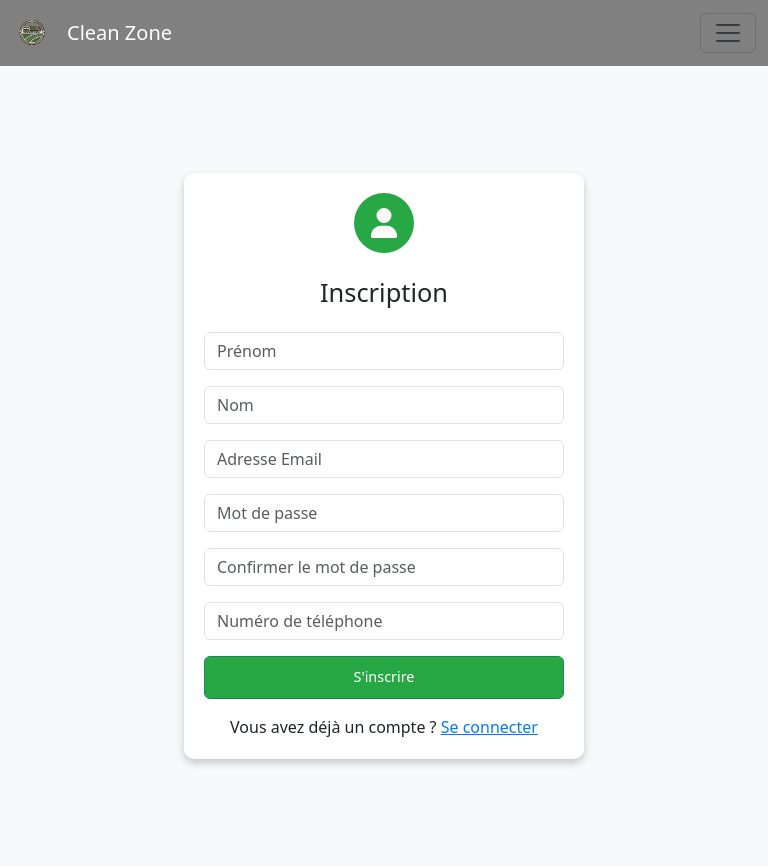
Repository: SystemInfoGeo/QGISproject
Page: /signup (app in NEXT/)
An editor plug-in stored every save of this project. The page is shown before and after the next save, followed by the edit.
The browser window is 768 px wide. The pictures show the whole page.
The project was rebuilt for these pictures with package versions that can differ from the ones it lists, and the page was loaded fresh each time. The framework's server and built-in components were replaced by stand-ins that run in the browser. Also part of the build but not shown: NEXT/next.config.mjs.

Above is the page before, as saved 2024-09-16 18:05:52.

### NEXT/pages/_app.js
// pages/_app.js
import { AuthProvider } from '../context/AuthContext';
import 'bootstrap/dist/css/bootstrap.min.css'; // Import Bootstrap CSS ici

function MyApp({ Component, pageProps }) {
  return (
    <AuthProvider>
      <Component {...pageProps} />
    </AuthProvider>
  );
}

export default MyApp;

### NEXT/pages/signup.js
import { useState } from 'react';
import axios from 'axios';
import { useRouter } from 'next/router';
import 'bootstrap/dist/css/bootstrap.min.css'; // Importation de Bootstrap pour le style
import Navbar from '../components/Navbar';
import { FontAwesomeIcon } from '@fortawesome/react-fontawesome';
import { faUser } from '@fortawesome/free-solid-svg-icons'; // Importer l'icône utilisateur
import '../styles/Signup.css'; // Import du fichier CSS externe

const Signup = () => {
  const [email, setEmail] = useState('');
  const [password, setPassword] = useState('');
  const [confirmPassword, setConfirmPassword] = useState('');
  const [firstName, setFirstName] = useState('');
  const [lastName, setLastName] = useState('');
  const [phoneNumber, setPhoneNumber] = useState('');
  const [error, setError] = useState('');
  const [loading, setLoading] = useState(false);
  const router = useRouter();

  const handleSubmit = async (e) => {
    e.preventDefault();
    setError('');
    setLoading(true);

    if (password !== confirmPassword) {
      setError('Les mots de passe ne correspondent pas.');
      setLoading(false);
      return;
    }

    const emailPattern = /^[^\s@]+@[^\s@]+\.[^\s@]+$/;
    if (!emailPattern.test(email)) {
      setError('Adresse email invalide.');
      setLoading(false);
      return;
    }

    const phonePattern = /^[0-9]{10,15}$/;
    if (!phonePattern.test(phoneNumber)) {
      setError('Numéro de téléphone invalide.');
      setLoading(false);
      return;
    }

    try {
      const response = await axios.post(`${process.env.NEXT_PUBLIC_API_URL}/signup`, {
        email,
        password,
        confirm_password: confirmPassword,
        first_name: firstName,
        last_name: lastName,
        phone_number: phoneNumber
      });

      if (response.status === 201) {
        setEmail('');
        setPassword('');
        setConfirmPassword('');
        setFirstName('');
        setLastName('');
        setPhoneNumber('');

        router.push('/login');
      }
    } catch (error) {
      if (error.response && error.response.data.error) {
        setError(error.response.data.error);
      } else {
        setError('Erreur lors de l\'inscription. Veuillez réessayer.');
      }
    } finally {
      setLoading(false);
    }
  };

  return (
    <>
      <Navbar /> {/* Inclusion de la Navbar */}

      {/* Contenu principal de la page d'inscription */}
      <div className="d-flex justify-content-center align-items-center vh-100 bg-light">
        <div className="signup-container">
          <div className="signup-icon mb-4 mx-auto d-flex justify-content-center align-items-center">
            <FontAwesomeIcon icon={faUser} size="2x" className="text-white" />
          </div>
          <h3 className="text-center mb-4">Inscription</h3>
          <form onSubmit={handleSubmit}>
            <div className="mb-3">
              <input
                type="text"
                className="form-control"
                id="firstName"
                placeholder="Prénom" // Placeholder à la place de <label>
                value={firstName}
                onChange={(e) => setFirstName(e.target.value)}
                required
              />
            </div>
            <div className="mb-3">
              <input
                type="text"
                className="form-control"
                id="lastName"
                placeholder="Nom" // Placeholder à la place de <label>
                value={lastName}
                onChange={(e) => setLastName(e.target.value)}
                required
              />
            </div>
            <div className="mb-3">
              <input
                type="email"
                className="form-control"
                id="email"
                placeholder="Adresse Email" // Placeholder à la place de <label>
                value={email}
                onChange={(e) => setEmail(e.target.value)}
                required
              />
            </div>
            <div className="mb-3">
              <input
                type="password"
                className="form-control"
                id="password"
                placeholder="Mot de passe" // Placeholder à la place de <label>
                value={password}
                onChange={(e) => setPassword(e.target.value)}
                required
              />
            </div>
            <div className="mb-3">
              <input
                type="password"
                className="form-control"
                id="confirmPassword"
                placeholder="Confirmer le mot de passe" // Placeholder à la place de <label>
                value={confirmPassword}
                onChange={(e) => setConfirmPassword(e.target.value)}
                required
              />
            </div>
            <div className="mb-3">
              <input
                type="tel"
                className="form-control"
                id="phoneNumber"
                placeholder="Numéro de téléphone" // Placeholder à la place de <label>
                value={phoneNumber}
                onChange={(e) => setPhoneNumber(e.target.value)}
                required
              />
            </div>
            <button type="submit" className="btn btn-success w-100 signup-btn" disabled={loading}>
              {loading ? 'Inscription en cours...' : "S'inscrire"}
            </button>
            {error && <p className="text-danger mt-3">{error}</p>}
          </form>
          <div className="text-center mt-3">
            <span>Vous avez déjà un compte ? </span>
            <a href="/login" className="blue-link">Se connecter</a>
          </div>
        </div>
      </div>
    </>
  );
};

export default Signup;

### NEXT/context/AuthContext.js
import { createContext, useContext, useState, useEffect } from 'react';
import { Spinner } from 'react-bootstrap';
import jwt_decode from 'jwt-decode';

// Créez le contexte
const AuthContext = createContext();

// Créez un hook pour utiliser le contexte facilement
export const useAuth = () => useContext(AuthContext);

// Créer un fournisseur pour encapsuler l'état de connexion global
export const AuthProvider = ({ children }) => {
  const [loggedIn, setLoggedIn] = useState(false);
  const [loading, setLoading] = useState(true);  // Indicateur de chargement
  const [user, setUser] = useState(null);        // Stockage des informations utilisateur

  // Fonction pour vérifier la validité du token
  const isTokenValid = (token) => {
    try {
      const decodedToken = jwt_decode(token);  // Décodage du token JWT
      const currentTime = Date.now() / 1000;  // Temps actuel en secondes
      if (decodedToken.exp > currentTime) {
        return true;  // Le token est valide
      } else {
        console.warn("Le token a expiré.");
        return false;  // Le token est expiré
      }
    } catch (error) {
      console.error("Erreur lors du décodage du token:", error);
      return false;  // Le token est invalide
    }
  };

  // Vérification de la connexion au démarrage
  useEffect(() => {
    const token = localStorage.getItem('token');
    const userInfo = localStorage.getItem('user');

    // Vérification de la présence des données
    if (token && userInfo) {
      try {
        // Vérifier si le token est valide
        if (isTokenValid(token)) {
          setLoggedIn(true);

          // Essayer de parser les informations utilisateur
          try {
            const parsedUser = JSON.parse(userInfo);  // Charger les informations utilisateur
            setUser(parsedUser);
          } catch (error) {
            console.error("Erreur lors du parsing des informations utilisateur:", error);
            localStorage.removeItem('user');  // Supprimer les données corrompues
            setUser(null);
            setLoggedIn(false);
          }
        } else {
          // Le token est expiré ou invalide
          localStorage.removeItem('token');
          localStorage.removeItem('user');
          setLoggedIn(false);
        }
      } catch (error) {
        console.error("Erreur lors du traitement de la connexion:", error);
        setLoggedIn(false);
      }
    } else {
      // Si le token ou les infos utilisateur sont manquants
      console.warn("Aucun token ou informations utilisateur trouvés.");
      setLoggedIn(false);
    }

    setLoading(false);  // Fin du chargement
  }, []);

  // Fonction de connexion
  const login = (token, userInfo) => {
    if (token && userInfo) {
      localStorage.setItem('token', token);
      localStorage.setItem('user', JSON.stringify(userInfo));  // Enregistrer les informations utilisateur
      setUser(userInfo);
      setLoggedIn(true);
    } else {
      console.error("Le token ou les informations utilisateur sont manquants.");
    }
  };

  // Fonction de déconnexion
  const logout = () => {
    localStorage.removeItem('token');
    localStorage.removeItem('user');
    setUser(null);  // Réinitialiser les informations utilisateur
    setLoggedIn(false);
  };

  return (
    <AuthContext.Provider value={{ loggedIn, login, logout, loading, user }}>
      {loading ? <Spinner animation="border" role="status" /> : children} {/* Afficher un spinner si en chargement */}
    </AuthContext.Provider>
  );
};

### NEXT/components/Navbar.js
import Link from 'next/link';
import { useAuth } from '../context/AuthContext'; // Importer le hook useAuth
import 'bootstrap/dist/css/bootstrap.min.css';
import { useEffect, useState } from 'react';

export default function Navbar() {
  const { loggedIn } = useAuth(); // Utiliser le hook pour accéder à l'état de connexion
  const [userRole, setUserRole] = useState(null); // Stocker le rôle de l'utilisateur

  // Vérification du rôle de l'utilisateur lors du chargement de la page
  useEffect(() => {
    const role = localStorage.getItem('role'); // Récupérer le rôle depuis localStorage
    if (role) {
      setUserRole(role); // Mettre à jour le rôle de l'utilisateur dans le state
      console.log('Rôle de l’utilisateur:', role); // Afficher le rôle dans la console pour déboguer
    } else {
      console.log('Aucun rôle trouvé dans le localStorage');
    }
  }, []);

  return (
    <nav className="navbar navbar-expand-lg" style={{ backgroundColor: '#808080' }}>
      <div className="container-fluid">
        <a className="navbar-brand" href="/" style={{ color: 'white', display: 'flex', alignItems: 'center' }}>
          <img src="/images/logo.jpg" alt="Logo" style={{ width: '40px', height: '40px', marginRight: '15px' }} />
          Clean Zone
        </a>
        <button className="navbar-toggler" type="button" data-bs-toggle="collapse" data-bs-target="#navbarNav" aria-controls="navbarNav" aria-expanded="false" aria-label="Toggle navigation">
          <span className="navbar-toggler-icon"></span>
        </button>
        <div className="collapse navbar-collapse" id="navbarNav">
          <ul className="navbar-nav ms-auto">
            <li className="nav-item">
              <Link href="/" legacyBehavior>
                <a className="nav-link" style={{ color: 'white', marginRight: '30px' }}>Accueil</a>
              </Link>
            </li>

            <li className="nav-item">
              <Link href="/apropos" legacyBehavior>
                 <a className="nav-link" style={{ color: 'white', marginRight: '30px' }}>À propos</a>
              </Link>
            </li>

            <li className="nav-item">
              <Link href="/CARTE" legacyBehavior>
                <a className="nav-link" style={{ color: 'white', marginRight: '30px' }}>Carte</a>
              </Link>
            </li>
            <li className="nav-item">
              <Link href="/contact" legacyBehavior>
                <a className="nav-link" style={{ color: 'white', marginRight: '30px' }}>Contact</a>
              </Link>
            </li>

            {/* Affichage conditionnel basé sur l'état de connexion et le rôle */}
            {loggedIn ? (
              <li className="nav-item">
                {/* Si l'utilisateur est admin, rediriger vers le profil admin, sinon vers le profil utilisateur */}
                {userRole === 'admin' ? (
                  <Link href="/admin/profile" legacyBehavior>
                    <a className="nav-link" style={{ color: 'white', marginRight: '30px' }}>
                      Profil Admin
                    </a>
                  </Link>
                ) : (
                  <Link href="/user/profile" legacyBehavior>
                    <a className="nav-link" style={{ color: 'white', marginRight: '30px' }}>
                      Profil
                    </a>
                  </Link>
                )}
              </li>
            ) : (
              <>
                <li className="nav-item">
                  <Link href="/signup" legacyBehavior>
                    <a className="nav-link" style={{ color: 'white', marginRight: '30px' }}>S'inscrire</a>
                  </Link>
                </li>
                <li className="nav-item">
                  <Link href="/login" legacyBehavior>
                    <a className="nav-link" style={{ color: 'white' }}>Se connecter</a>
                  </Link>
                </li>
              </>
            )}
          </ul>
        </div>
      </div>
    </nav>
  );
}

### NEXT/styles/Signup.css
.signup-container {
  background: white;
  padding: 20px;
  border-radius: 10px;
  box-shadow: 0 4px 8px rgba(0, 0, 0, 0.2);
  max-width: 400px;
  width: 100%;
}

.signup-icon {
  width: 60px;
  height: 60px;
  background-color: #28a745;
  border-radius: 50%;
  display: flex;
  justify-content: center;
  align-items: center;
  margin: 0 auto 20px;
}

.signup-icon svg {
  width: 30px;
  height: 30px;
}

.signup-btn {
  background-color: #28a745;
  color: white;
}

.signup-btn:disabled {
  background-color: #94d3a2;
}

.text-danger {
  color: #dc3545 !important;
}

/* Lien d'inscription */
.text-center a {
  color: #007bff;
  transition: color 0.3s ease;
}

.text-center a:hover {
  color: #0056b3;
}

.bg-light {
  background-color: #f8f9fa !important;
}
/* Réactivité pour les petits écrans */
@media (max-width: 768px) {
  .login-box {
    max-width: 90%;
    padding: 20px;
  }

  .btn-success {
    font-size: 0.9rem;
    padding: 0.6rem;
  }

  .icon-container {
    width: 50px;
    height: 50px;
  }
}

After the next save:
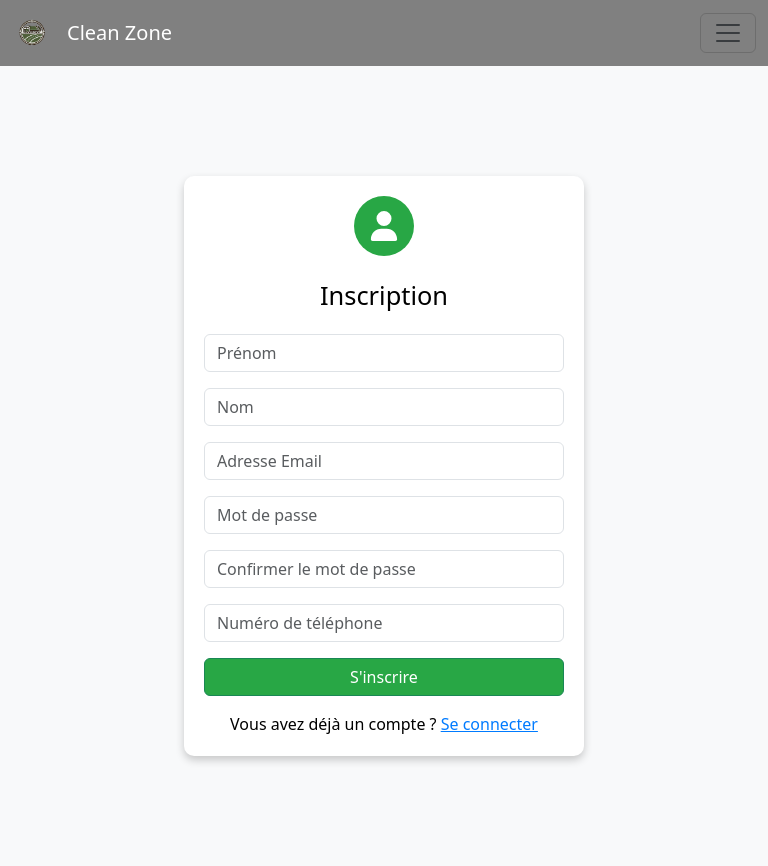
Saved 27 s later.
--- a/NEXT/styles/Signup.css
+++ b/NEXT/styles/Signup.css
@@ -1,3 +1,4 @@
+/* Conteneur principal */
 .signup-container {
   background: white;
   padding: 20px;
@@ -7,6 +8,7 @@
   width: 100%;
 }
 
+/* Icône de l'inscription */
 .signup-icon {
   width: 60px;
   height: 60px;
@@ -23,6 +25,7 @@
   height: 30px;
 }
 
+/* Bouton d'inscription */
 .signup-btn {
   background-color: #28a745;
   color: white;
@@ -32,37 +35,27 @@
   background-color: #94d3a2;
 }
 
+/* Message d'erreur */
 .text-danger {
   color: #dc3545 !important;
 }
 
-/* Lien d'inscription */
-.text-center a {
-  color: #007bff;
+/* Style pour "Vous avez déjà un compte ? Se connecter" */
+.text-center {
+  color: #000; /* Le texte normal est en noir */
+}
+
+.blue-link {
+  color: #007bff; /* Se connecter en bleu */
+  text-decoration: underline; /* Souligner le lien */
   transition: color 0.3s ease;
 }
 
-.text-center a:hover {
-  color: #0056b3;
+.blue-link:hover {
+  color: #0056b3; /* Lien bleu plus foncé au survol */
 }
 
+/* Background général */
 .bg-light {
   background-color: #f8f9fa !important;
 }
-/* Réactivité pour les petits écrans */
-@media (max-width: 768px) {
-  .login-box {
-    max-width: 90%;
-    padding: 20px;
-  }
-
-  .btn-success {
-    font-size: 0.9rem;
-    padding: 0.6rem;
-  }
-
-  .icon-container {
-    width: 50px;
-    height: 50px;
-  }
-}
